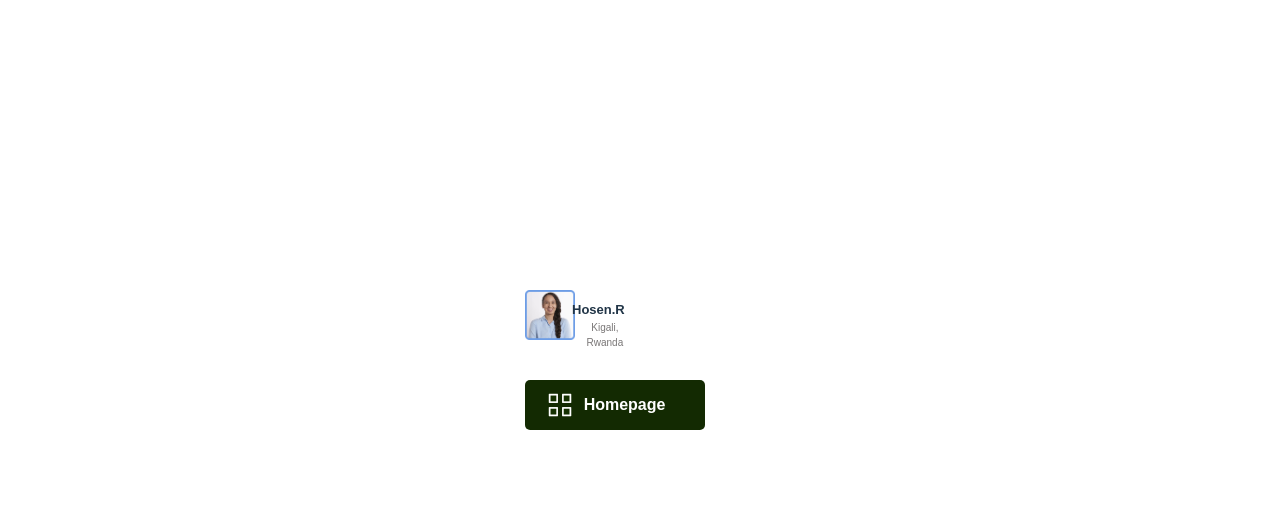
Repository: Auda-frontend/Kenshikeza
Page: /
The author's editor kept a copy of each file at every save. The page is drawn from the files as they stood at one save, then again after the next save.
The browser window is 1280 px wide. The pictures show the whole page.
The project was rebuilt for these pictures with package versions that can differ from the ones it lists, and the page was loaded fresh each time. Also part of the build but not shown: vite.config.js.

Above is the page before, as saved 2024-01-25 09:55:27.

After the next save:
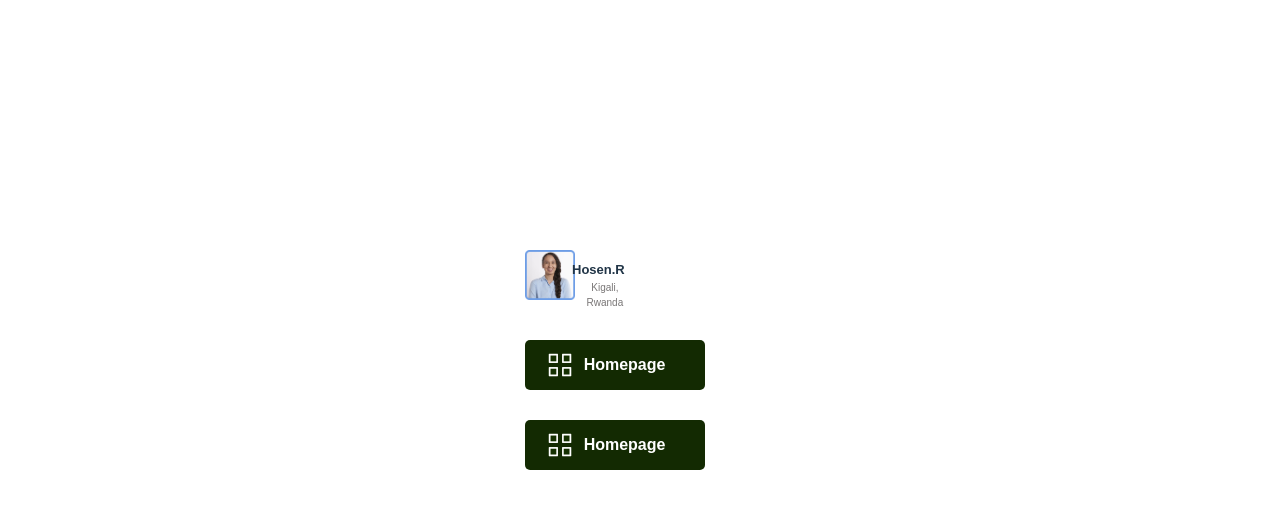
Saved 10 s later.
--- a/src/Components/SideBar.jsx
+++ b/src/Components/SideBar.jsx
@@ -19,6 +19,10 @@ function SideBar() {
         <img src={HomeIcon} alt="Menu icon" className="homeIcon" />
         <h2>Homepage</h2>
       </div>
+      <div className="homepage">
+        <img src={HomeIcon} alt="Menu icon" className="homeIcon" />
+        <h2>Homepage</h2>
+      </div>
     </div>
     </div>
   );
